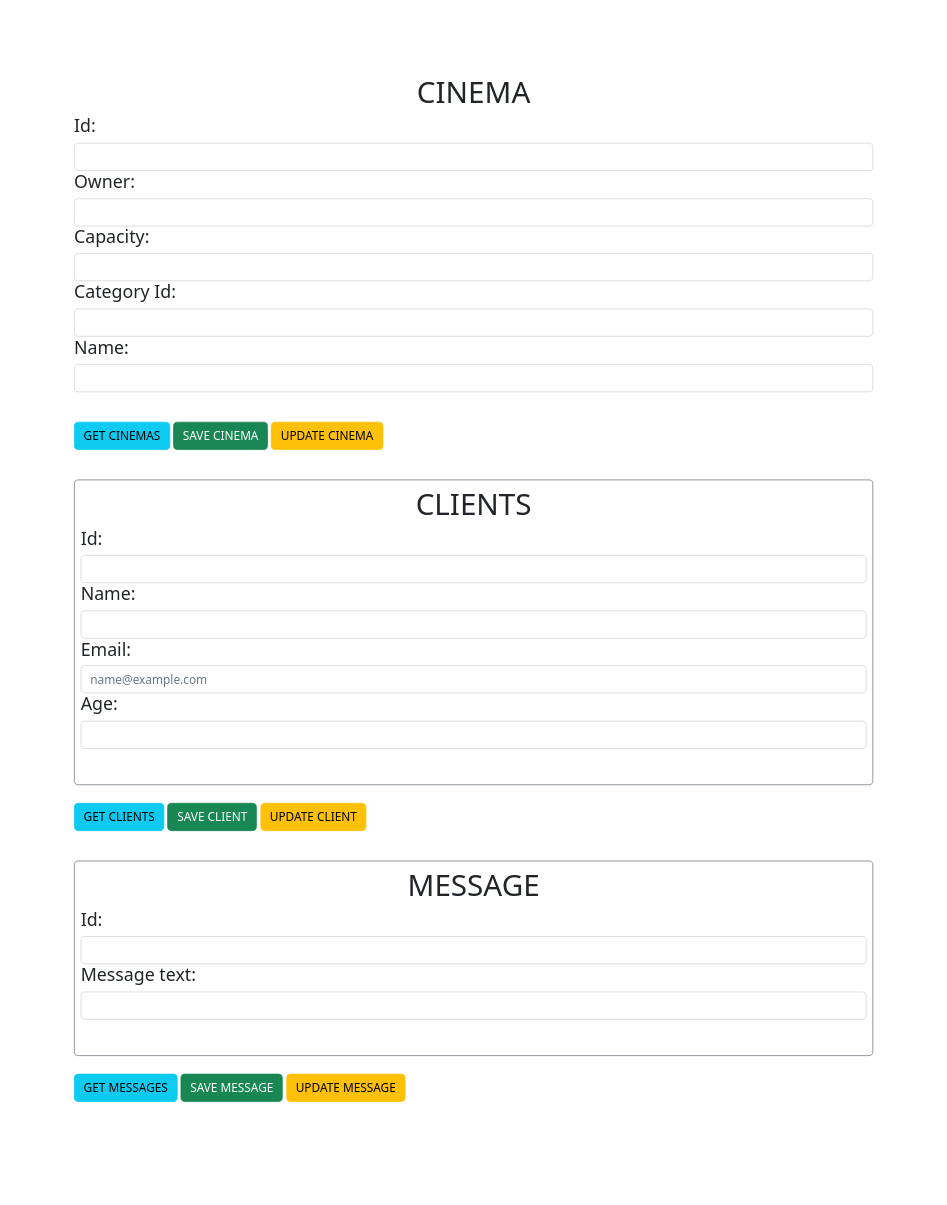
Repository: almendezl/MisionTIC
Page: index.html
The author's editor kept a copy of each file at every save. The page is drawn from the files as they stood at one save, then again after the next save.
The browser window is 1280 px wide. The pictures show the whole page, at 74% of full size.

Above is the page before, as saved 2022-10-01 22:37:53.

### index.html
<html lang="en">
<head>
    <meta charset="UTF-8">
    <meta http-equiv="X-UA-Compatible" content="IE=edge">
    <meta name="viewport" content="width=device-width, initial-scale=1.0">
    <link rel="stylesheet" href="styles.css">
    <title>MISION TIC 2022 RETO 2</title>
</head>
<!-- add jquery api -->
<script src="https://ajax.googleapis.com/ajax/libs/jquery/3.6.1/jquery.min.js"></script>
<!-- add bootstrap -->

<link href="https://cdn.jsdelivr.net/npm/bootstrap@5.2.1/dist/css/bootstrap.min.css" rel="stylesheet" integrity="sha384-iYQeCzEYFbKjA/T2uDLTpkwGzCiq6soy8tYaI1GyVh/UjpbCx/TYkiZhlZB6+fzT" crossorigin="anonymous">
<!-- add the file with the script -->
<script type="text/javascript" src="myScript.js"></script>
<body>
    <!-- cinema front -->
    <h1 class="text-center">CINEMA</h1>
    <form action="">
        <div class="form-group">
            <h4 class="label label-default" >Id: </h4>
            <input class="form-control" type="number" id="cinemaId">
        </div>

        <div class="form-group">
            <h4 class="label label-default" >Owner: </h4>
            <input class="form-control" type="text" id="cinemaOwner">
        </div>

        <div class="form-group">
            <h4 class="label label-default" >Capacity: </h4>
            <input class="form-control" type="number" id="cinemaCapacity" >
        </div>

        <div class="form-group">
            <h4 class="label label-default" >Category Id: </h4>
            <input class="form-control" type="number" id="cinemaCategory">
        </div>

        <div class="form-group">
            <h4 class="label label-default" >Name: </h4>
            <input class="form-control" type="text" id="cinemaName"><br>
        </div>

    </form>




    <button class="btn btn-info" onclick="getCinemas()">GET CINEMAS</button>

    <button class="btn btn-success" onclick="setCinema()">SAVE CINEMA</button>

    <button class="btn btn-warning" onclick="updateCinema()">UPDATE CINEMA</button><br><br>


    <table class="table table-striped" id="cinemasList">


    </table>

    <!-- Clients front  -->
    <div class=" p-2 rounded border border-secondary" >
    <h1 class="text-center">CLIENTS</h1>
        <form action="">
            <div class="form-group">
                <h4 class="label label-default" >Id: </h4>
                <input class="form-control" type="number" id="clientId">
            </div>

            <div class="form-group">
                <h4 class="label label-default" >Name: </h4>
                <input class="form-control" type="text" id="clientName">
            </div>

            <div class="form-group">
                <h4 class="label label-default" >Email: </h4>
                <input class="form-control" type="text" id="clientEmail" placeholder="name@example.com">
            </div>

            <div class="form-group">
                <h4 class="label label-default" >Age: </h4>
                <input class="form-control" type="number" id="clientAge"><br>
            </div>

        </form>
    </div>
    <br>



    <button class="btn btn-info" onclick="getClients()">GET CLIENTS</button>

    <button class="btn btn-success" onclick="setClient()">SAVE CLIENT</button>

    <button class="btn btn-warning" onclick="updateClient()">UPDATE CLIENT</button><br><br>


    <table class="table table-striped" id="clientsList">


    </table>

    <!-- Message front  -->
    <div class=" p-2 rounded border border-secondary" >
        <h1 class="text-center">MESSAGE</h1>

        <form action="" >
            <div class="form-group">
                <h4 class="label label-default" >Id: </h4>
                <input class="form-control" type="number" id="messageId">
            </div>

            <div class="form-group">
                <h4 class="label label-default" >Message text: </h4>
                <input class="form-control" type="text" id="messageText"><br>
            </div>


        </form>
    </div>
    <br>




    <button class="btn btn-info" onclick="getMessages()">GET MESSAGES</button>

    <button class="btn btn-success" onclick="setMessage()">SAVE MESSAGE</button>

    <button class="btn btn-warning" onclick="updateMessage()">UPDATE MESSAGE</button><br><br>


    <table class="table table-striped" id="messagesList">


    </table>

</body>
</html>

### styles.css
body {

    padding: 100px 100px;
  }

### myScript.js
let urlCinema = "https://gbc0751b79176df-fy68ude9ajgxmklv.adb.us-ashburn-1.oraclecloudapps.com/ords/admin/cinema/cinema";
let urlClient = "https://gbc0751b79176df-fy68ude9ajgxmklv.adb.us-ashburn-1.oraclecloudapps.com/ords/admin/client/client";
let urlMessage = "https://gbc0751b79176df-fy68ude9ajgxmklv.adb.us-ashburn-1.oraclecloudapps.com/ords/admin/message/message";

/**
 * ----------------CINEMAS ---------------------
 */
function getCinemas(){

    $.ajax({
        url:  urlCinema,
        type: 'GET',
        dataType: 'json',

        success: function(cinemas){
            console.log(cinemas);
            let cs= cinemas.items;
            //$('#clientsList').append("<h2>Clients List</h2>");
            $('#cinemasList').empty();
            if(cs.length > 0){

                $('#cinemasList').append("<thead><tr><th scope='col'>Id</th><th scope='col'>Owner</th><th scope='col'>Capacity</th><th scope='col'>Category Id</th> <th scope='col'>Name</th><th scope='col'>Option</th></tr></thead><tbody></tbody>");
                for(i = 0; i<cs.length; i++){

                    $('#cinemasList').append("<tr><th scope='row'>"+cs[i].id+"</th><td>"+cs[i].owner+"</td><td>"+cs[i].capacity+"</td><td>"+cs[i].category_id+"</td><td>"+cs[i].name+"</td><td>"+"<button class='btn btn-danger' onclick='deleteCinema("+cs[i].id+")'>DELETE</button></td></tr>");

                }
            }else{
                $('#cinemasList').append("<h4 class='text-center'>No entries</h4>");
            }

        },
        error: function(xhr, status){
            alert("A problem has occurred");
        },
        complete: function(xhr, status){
            //alert("Request made");
        }
    });

}

function setCinema(){

    let id = $("#cinemaId").val();
    let owner = $("#cinemaOwner").val();
    let capacity = $("#cinemaCapacity").val();
    let category = $("#cinemaCategory").val();
    let name = $("#cinemaName").val();

    let data = {
        id: id,
        owner: owner,
        capacity: capacity,
        category_id: category,
        name: name

    };

    let dataToSend = JSON.stringify(data);

    console.log(dataToSend);

    $.ajax({
        url: urlCinema,
        type: 'POST',
        //dataType: 'json',
        data: dataToSend,
         contentType: "application/json",

        success: function(json){
            console.log(json);
            //Clean the inputs
            $("#cinemaId").val('');
            $("#cinemaOwner").val('');
            $("#cinemaCapacity").val('');
            $("#cinemaCategory").val('');
            $("#cinemaName").val('');
            getCinemas();
        },
        error: function(xhr, status){
            //alert("A problem has occurred");

        },
        complete: function(xhr, status){
            //alert("Request made");

        }
    });

}

function updateCinema(){
    let id = $("#cinemaId").val();
    let owner = $("#cinemaOwner").val();
    let capacity = $("#cinemaCapacity").val();
    let category = $("#cinemaCategory").val();
    let name = $("#cinemaName").val();

    let data = {
        id: id,
        owner: owner,
        capacity: capacity,
        category_id: category,
        name: name

    };

    let dataToSend = JSON.stringify(data);

    console.log(dataToSend);

    $.ajax({
        url: urlCinema,
        type: 'PUT',
        //dataType: 'json',
        data: dataToSend,
        contentType: "application/json",

        success: function(json){
            console.log(json);
            //Clean the inputs
            $("#cinemaId").val('');
            $("#cinemaOwner").val('');
            $("#cinemaCapacity").val('');
            $("#cinemaCategory").val('');
            $("#cinemaName").val('');
            getCinemas();
        },
        error: function(xhr, status){
            //alert("A problem has occurred");

        },
        complete: function(xhr, status){
            //alert("Request made");

        }
    });
}

function deleteCinema(cinemaId){


    let data = {
        id: cinemaId

    };

    let dataToSend = JSON.stringify(data);

    console.log(dataToSend);

    $.ajax({
        url: urlCinema,
        type: 'DELETE',
        //dataType: 'json',
        data: dataToSend,
        contentType: "application/json",

        success: function(json){
            console.log(json);
            //Clean the inputs
            $("#cinemaId").val('');
            $("#cinemaOwner").val('');
            $("#cinemaCapacity").val('');
            $("#cinemaCategory").val('');
            $("#cinemaName").val('');
            getCinemas();
        },
        error: function(xhr, status){
            //alert("A problem has occurred");

        },
        complete: function(xhr, status){
            //alert("Request made");

        }
    });
}

/**
 * ----------------CLIENTS ---------------------
 */

function getClients(){

    $.ajax({
        url: urlClient,
        type: 'GET',
        dataType: 'json',

        success: function(clients){
            console.log(clients);
            let cs= clients.items;
            //$('#clientsList').append("<h2>Clients List</h2>");
            $('#clientsList').empty();
            if(cs.length > 0){
                $('#clientsList').append("<thead><tr><th scope='col'>Id</th><th scope='col'>Name</th><th scope='col'>Email</th><th scope='col'>Age</th> <th scope='col'>Option</th></tr></thead><tbody></tbody>");
                for(i = 0; i<cs.length; i++){
                    //$('#clientsList').append("<b>"+cs[i].id+" "+cs[i].name+" </b> "+cs[i].email+"   <button class='btn btn-danger'    onclick='deleteClient("+cs[i].id+")'>DELETE</button>"+"<br>");
                    $('#clientsList').append("<tr><th scope='row'>"+cs[i].id+"</th><td>"+cs[i].name+"</td><td>"+cs[i].email+"</td><td>" +cs[i].age+"</td><td>"+"<button class='btn btn-danger' onclick='deleteClient("+cs[i].id+")'>DELETE</button></td></   tr>");

                }
            }else{
                $('#clientsList').append("<h4 class='text-center'>No entries</h4>");
            }

        },
        error: function(xhr, status){
            alert("A problem has occurred");
        },
        complete: function(xhr, status){
            //alert("Request made");
        }
    });

}

function setClient(){

    let clientId = $("#clientId").val();
    let clientName = $("#clientName").val();
    let clientEmail = $("#clientEmail").val();
    let clientAge = $("#clientAge").val();

    let data = {
        id: clientId,
        name: clientName,
        email: clientEmail,
        age: clientAge

    };

    let dataToSend = JSON.stringify(data);

    console.log(dataToSend);

    $.ajax({
        url: urlClient,
        type: 'POST',
        //dataType: 'json',
        data: dataToSend,
         contentType: "application/json",

        success: function(json){
            console.log(json);
            //Clean the inputs
            $("#clientId").val('');
            $("#clientName").val('');
            $("#clientEmail").val('');
            $("#clientAge").val('');
            getClients();
        },
        error: function(xhr, status){
            //alert("A problem has occurred");

        },
        complete: function(xhr, status){
            //alert("Request made");

        }
    });

}

function updateClient(){
    let clientId = $("#clientId").val();
    let clientName = $("#clientName").val();
    let clientEmail = $("#clientEmail").val();
    let clientAge = $("#clientAge").val();

    let data = {
        id: clientId,
        name: clientName,
        email: clientEmail,
        age: clientAge

    };

    let dataToSend = JSON.stringify(data);

    console.log(dataToSend);

    $.ajax({
        url:urlClient,
        type: 'PUT',
        //dataType: 'json',
        data: dataToSend,
        contentType: "application/json",

        success: function(json){
            console.log(json);
            //Clean the inputs
            $("#clientId").val('');
            $("#clientName").val('');
            $("#clientEmail").val('');
            $("#clientAge").val('');
            getClients();
        },
        error: function(xhr, status){
            //alert("A problem has occurred");

        },
        complete: function(xhr, status){
            //alert("Request made");

        }
    });
}

function deleteClient(clientId){


    let data = {
        id: clientId

    };

    let dataToSend = JSON.stringify(data);

    console.log(dataToSend);

    $.ajax({
        url:urlClient,
        type: 'DELETE',
        //dataType: 'json',
        data: dataToSend,
        contentType: "application/json",

        success: function(json){
            console.log(json);
            //Clean the inputs
            $("#clientId").val('');
            $("#clientName").val('');
            $("#clientEmail").val('');
            $("#clientAge").val('');
            getClients();
        },
        error: function(xhr, status){
            //alert("A problem has occurred");

        },
        complete: function(xhr, status){
            //alert("Request made");

        }
    });
}

/**
 * ----------------MESSAGE ---------------------
 */

 function getMessages(){

    $.ajax({
        url: urlMessage,
        type: 'GET',
        dataType: 'json',

        success: function(clients){
            console.log(clients);
            let cs= clients.items;
            //$('#clientsList').append("<h2>Clients List</h2>");
            $('#messagesList').empty();
           if(cs.length > 0){
                $('#messagesList').append("<thead><tr><th scope='col'>Id</th><th scope='col'>Message text</th><th scope='col'>Option</th></tr></thead><tbody></tbody>");
                 for(i = 0; i<cs.length; i++){
                     //$('#clientsList').append("<b>"+cs[i].id+" "+cs[i].name+" </b> "+cs[i].email+"   <button class='btn btn-danger'       onclick='deleteClient("+cs[i].id+")'>DELETE</button>"+"<br>");
                     $('#messagesList').append("<tr><th scope='row'>"+cs[i].id+"</th><td>"+cs[i].messagetext+"</td><td>"+"<button       class='btn btn-danger' onclick='deleteMessage("+cs[i].id+")'>DELETE</button></td></tr>");

                 }
           }else{
            $('#messagesList').append("<h4 class='text-center'>No entries</h4>");
           }

        },
        error: function(xhr, status){
            alert("A problem has occurred");
        },
        complete: function(xhr, status){
            //alert("Request made");
        }
    });

}

function setMessage(){

    let id = $("#messageId").val();
    let messageText = $("#messageText").val();

    let data = {
        id: id,
        messagetext: messageText,

    };

    let dataToSend = JSON.stringify(data);

    console.log(dataToSend);

    $.ajax({
        url: urlMessage,
        type: 'POST',
        //dataType: 'json',
        data: dataToSend,
         contentType: "application/json",

        success: function(json){
            console.log(json);
            //Clean the inputs
            $("#messageId").val('');
            $("#messageText").val('');
            getMessages();
        },
        error: function(xhr, status){
            //alert("A problem has occurred");

        },
        complete: function(xhr, status){
            //alert("Request made");

        }
    });

}

function updateMessage(){
    let id = $("#messageId").val();
    let messageText = $("#messageText").val();

    let data = {
        id: id,
        messagetext: messageText,

    };

    let dataToSend = JSON.stringify(data);

    console.log(dataToSend);

    $.ajax({
        url:urlMessage,
        type: 'PUT',
        //dataType: 'json',
        data: dataToSend,
        contentType: "application/json",

        success: function(json){
            console.log(json);
            //Clean the inputs
            $("#messageId").val('');
            $("#messageText").val('');
            getMessages();
        },
        error: function(xhr, status){
            //alert("A problem has occurred");

        },
        complete: function(xhr, status){
            //alert("Request made");

        }
    });
}

function deleteMessage(messageId){


    let data = {
        id: messageId

    };

    let dataToSend = JSON.stringify(data);

    console.log(dataToSend);

    $.ajax({
        url:urlMessage,
        type: 'DELETE',
        //dataType: 'json',
        data: dataToSend,
        contentType: "application/json",

        success: function(json){
            console.log(json);
            //Clean the inputs
            $("#messageId").val('');
            $("#messageText").val('');
            getMessages();
        },
        error: function(xhr, status){
            //alert("A problem has occurred");

        },
        complete: function(xhr, status){
            //alert("Request made");

        }
    });
}

After the next save:
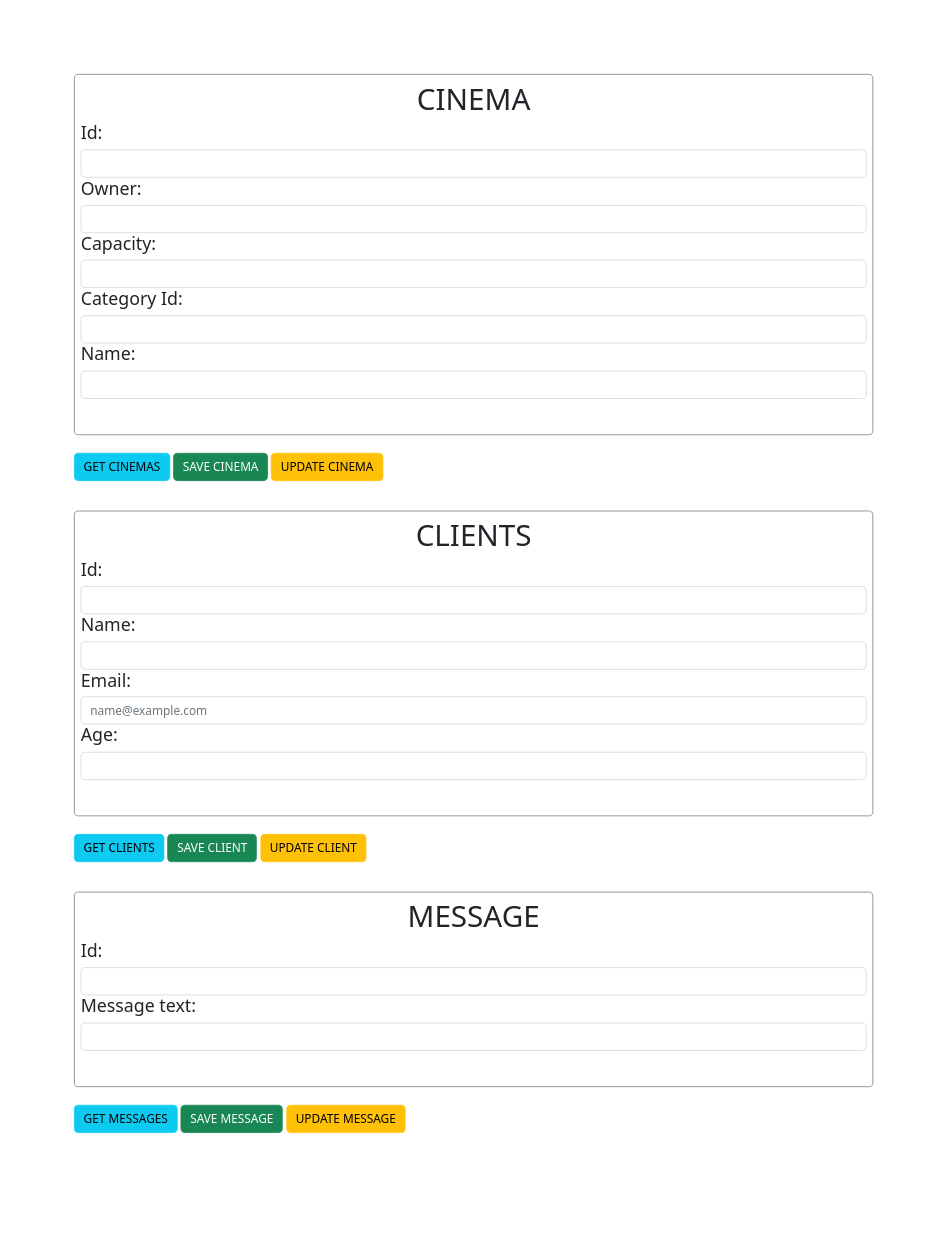
Saved 51 s later.
--- a/index.html
+++ b/index.html
@@ -15,35 +15,37 @@
 <script type="text/javascript" src="myScript.js"></script>
 <body>
     <!-- cinema front -->
-    <h1 class="text-center">CINEMA</h1>
-    <form action="">
-        <div class="form-group">
-            <h4 class="label label-default" >Id: </h4>
-            <input class="form-control" type="number" id="cinemaId">
-        </div>
+    <div class=" p-2 rounded border border-secondary" >
+        <h1 class="text-center">CINEMA</h1>
+        <form action="">
+            <div class="form-group">
+                <h4 class="label label-default" >Id: </h4>
+                <input class="form-control" type="number" id="cinemaId">
+            </div>
 
-        <div class="form-group">
-            <h4 class="label label-default" >Owner: </h4>
-            <input class="form-control" type="text" id="cinemaOwner">
-        </div>
+            <div class="form-group">
+                <h4 class="label label-default" >Owner: </h4>
+                <input class="form-control" type="text" id="cinemaOwner">
+            </div>
 
-        <div class="form-group">
-            <h4 class="label label-default" >Capacity: </h4>
-            <input class="form-control" type="number" id="cinemaCapacity" >
-        </div>
+            <div class="form-group">
+                <h4 class="label label-default" >Capacity: </h4>
+                <input class="form-control" type="number" id="cinemaCapacity" >
+            </div>
 
-        <div class="form-group">
-            <h4 class="label label-default" >Category Id: </h4>
-            <input class="form-control" type="number" id="cinemaCategory">
-        </div>
+            <div class="form-group">
+                <h4 class="label label-default" >Category Id: </h4>
+                <input class="form-control" type="number" id="cinemaCategory">
+            </div>
 
-        <div class="form-group">
-            <h4 class="label label-default" >Name: </h4>
-            <input class="form-control" type="text" id="cinemaName"><br>
-        </div>
+            <div class="form-group">
+                <h4 class="label label-default" >Name: </h4>
+                <input class="form-control" type="text" id="cinemaName"><br>
+            </div>
 
-    </form>
-
+        </form>
+    </div>
+    <br>
 
 
 
